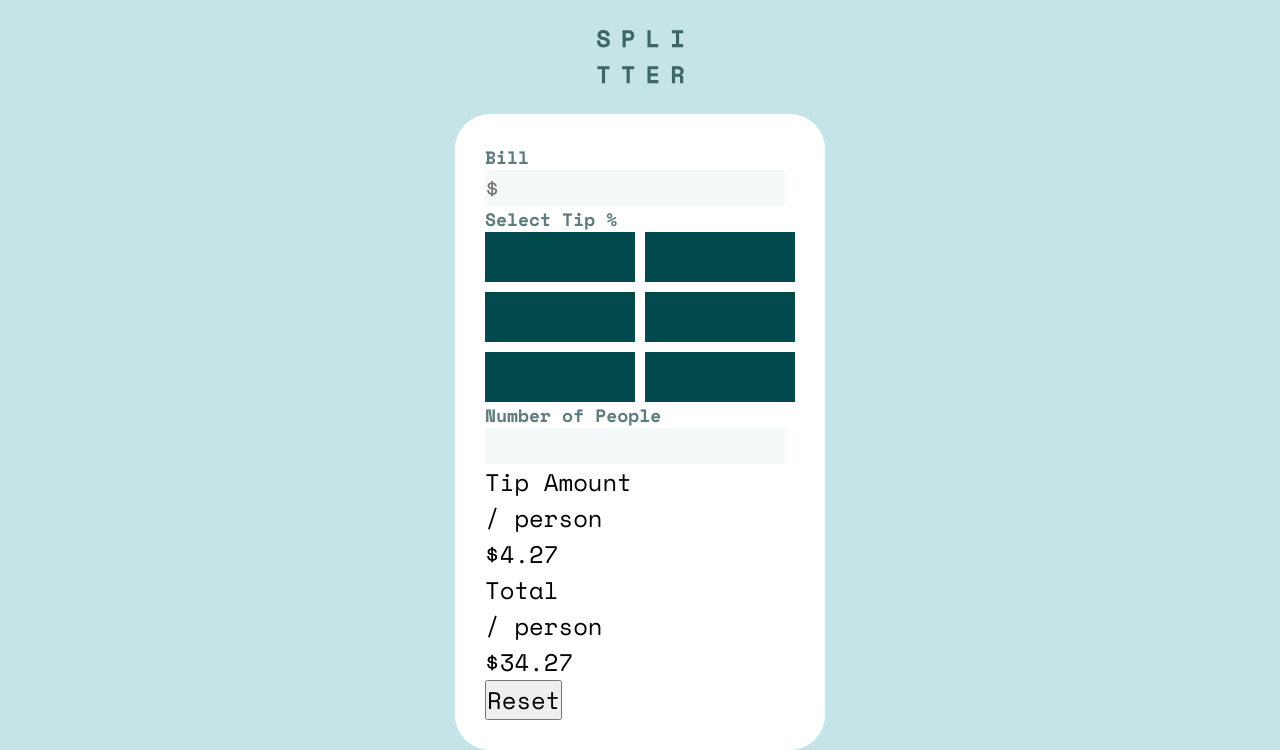
Repository: tomas938/tipcalculator
Page: /
The author's editor kept a copy of each file at every save. The page is drawn from the files as they stood at one save, then again after the next save.
The browser window is 1280 px wide. The pictures show the whole page.
The project was rebuilt for these pictures with package versions that can differ from the ones it lists, and the page was loaded fresh each time.

Above is the page before, as saved 2021-08-03 22:15:40.

### src/App.vue
<template>
	<router-view />
</template>

<style lang="scss">
@import url("https://fonts.googleapis.com/css2?family=Space+Mono:wght@400;700&display=swap");
$strong-cyan: hsl(172, 67%, 45%);
$dark-cyan: hsl(186, 14%, 43%);
$grayish-cyan: hsl(184, 14%, 43%);
$lower-grayish-cyan: hsl(184, 14%, 56%);
$light-grayish-cyan: hsl(185, 41%, 84%);
$lighter-grayish-cyan: hsl(189, 41%, 97%);
$white: hsl(0, 0%, 100%);
* {
	margin: 0;
	padding: 0;
	box-sizing: border-box;
	font-family: "Space Mono", monospace;
	font-size: 24px;
}
body {
	background-color: hsl(185, 41%, 84%);
}
</style>

### src/views/Home.vue
<template>
	<div class="logo">
		<splitter></splitter>
	</div>
</template>

<script>
import Splitter from "../components/Splitter.vue";
export default {
	name: "Home",
	components: {
		Splitter,
	},
};
</script>
<style lang="scss" scoped></style>

### src/components/Splitter.vue
<template>
	<div class="splitter">
		<svg xmlns="http://www.w3.org/2000/svg" width="87" height="54">
			<path
				fill="#3D6666"
				d="M6.72 17.472c.944 0 1.792-.12 2.544-.36s1.392-.584 1.92-1.032a4.476 4.476 0 001.212-1.62c.28-.632.42-1.34.42-2.124v-.288c0-1.472-.464-2.584-1.392-3.336-.928-.752-2.272-1.288-4.032-1.608a14.615 14.615 0 01-1.74-.408c-.456-.144-.824-.308-1.104-.492-.28-.184-.476-.392-.588-.624a1.771 1.771 0 01-.168-.78c0-.56.232-1.004.696-1.332.464-.328 1.096-.492 1.896-.492.944 0 1.676.248 2.196.744.52.496.78 1.08.78 1.752v.576h3.168v-.864a5 5 0 00-.396-1.968 4.762 4.762 0 00-1.176-1.656C10.436 1.08 9.792.7 9.024.42 8.256.14 7.376 0 6.384 0c-.88 0-1.676.12-2.388.36s-1.32.576-1.824 1.008c-.504.432-.896.94-1.176 1.524-.28.584-.42 1.22-.42 1.908v.144c0 .832.144 1.536.432 2.112a3.978 3.978 0 001.212 1.44c.52.384 1.132.692 1.836.924.704.232 1.48.42 2.328.564.64.112 1.168.248 1.584.408.416.16.744.34.984.54s.408.424.504.672c.096.248.144.508.144.78 0 .576-.232 1.072-.696 1.488-.464.416-1.176.624-2.136.624-1.232 0-2.14-.3-2.724-.9-.584-.6-.876-1.404-.876-2.412v-.576H0v.72c0 .88.144 1.692.432 2.436a5.47 5.47 0 001.272 1.944c.56.552 1.26.984 2.1 1.296.84.312 1.812.468 2.916.468zm22-.336V10.8h3.408c.864 0 1.616-.144 2.256-.432a4.707 4.707 0 001.596-1.14 4.833 4.833 0 00.96-1.608c.216-.6.324-1.212.324-1.836v-.576c0-.608-.108-1.204-.324-1.788a4.625 4.625 0 00-.96-1.56A4.737 4.737 0 0034.384.756c-.64-.28-1.392-.42-2.256-.42h-6.576v16.8h3.168zm3.096-9.36H28.72V3.36h3.096c.704 0 1.26.192 1.668.576.408.384.612.88.612 1.488v.288c0 .608-.204 1.104-.612 1.488-.408.384-.964.576-1.668.576zm29.464 9.36v-3.024h-7.632V.336H50.48v16.8h10.8zm24.88 0v-3.024h-4.032V3.36h4.032V.336H74.928V3.36h4.032v10.752h-4.032v3.024H86.16zm-78.096 36V39.36h4.464v-3.024H.432v3.024h4.464v13.776h3.168zm24.688 0V39.36h4.464v-3.024H25.12v3.024h4.464v13.776h3.168zm28.624 0v-3.024h-7.728v-3.888H60.8V43.2h-7.152v-3.84h7.44v-3.024H50.48v16.8h10.896zm16.744 0V46.8h3.648c.464 0 .796.12.996.36.2.24.3.552.3.936v5.04h3.168v-5.808c0-.56-.164-1.024-.492-1.392-.328-.368-.772-.584-1.332-.648v-.432c.768-.32 1.336-.78 1.704-1.38a3.63 3.63 0 00.552-1.932v-.576c0-.64-.116-1.24-.348-1.8a4.332 4.332 0 00-1.008-1.476c-.44-.424-.988-.756-1.644-.996-.656-.24-1.416-.36-2.28-.36h-6.432v16.8h3.168zm3.024-9.36H78.12V39.36h3.024c.768 0 1.352.204 1.752.612.4.408.6.892.6 1.452v.288c0 .656-.2 1.164-.6 1.524-.4.36-.984.54-1.752.54z"
			/>
		</svg>
		<div class="calculator">
			<h3>Bill</h3>
			<input type="text" placeholder="$" />
			<h3>Select Tip %</h3>
			<div class="calculator__grid">
				<div class="calculator__grid__item item-1"></div>
				<div class="calculator__grid__item item-2"></div>
				<div class="calculator__grid__item item-3"></div>
				<div class="calculator__grid__item item-4"></div>
				<div class="calculator__grid__item item-5"></div>
				<div class="calculator__grid__item item-6"></div>
			</div>
			<h3>Number of People</h3>
			<input type="text" />
			<div class="calculator__result">
				<div class="result">
					<div class="information">
						<p>Tip Amount</p>
						<span>/ person</span>
					</div>
					<div class="price">
						<p>$4.27</p>
					</div>
				</div>
				<div class="result">
					<div class="information">
						<p>Total</p>
						<span>/ person</span>
					</div>
					<div class="price">
						<p>$34.27</p>
					</div>
				</div>
				<div class="result"></div>
				<button>Reset</button>
			</div>
		</div>
	</div>
</template>

<script>
export default {};
</script>

<style lang="scss" scoped>
.splitter {
	display: flex;
	flex-direction: column;
	align-items: center;
}
svg {
	margin: 30px 0;
}
.calculator {
	background-color: hsl(0, 0%, 100%);
	padding: 30px;
	border-radius: 35px;
	&__grid {
		display: grid;
		grid-gap: 10px;
		grid-template-columns: repeat(2, 1fr);
		grid-template-rows: repeat(3, 1fr);
	}
	&__grid__item {
		width: 150px;
		height: 50px;
		background-color: hsl(183, 100%, 15%);
	}
}
input {
	border: none;
	outline: none;
	background-color: hsl(189, 41%, 97%);
}
h3 {
	font-size: 18px;
	color: hsl(184, 14%, 43%);
	font-weight: 700;
}
</style>

Loaded but not shown: public/index.html (common file); src/main.js (common file); src/router/index.js (common file)

After the next save:
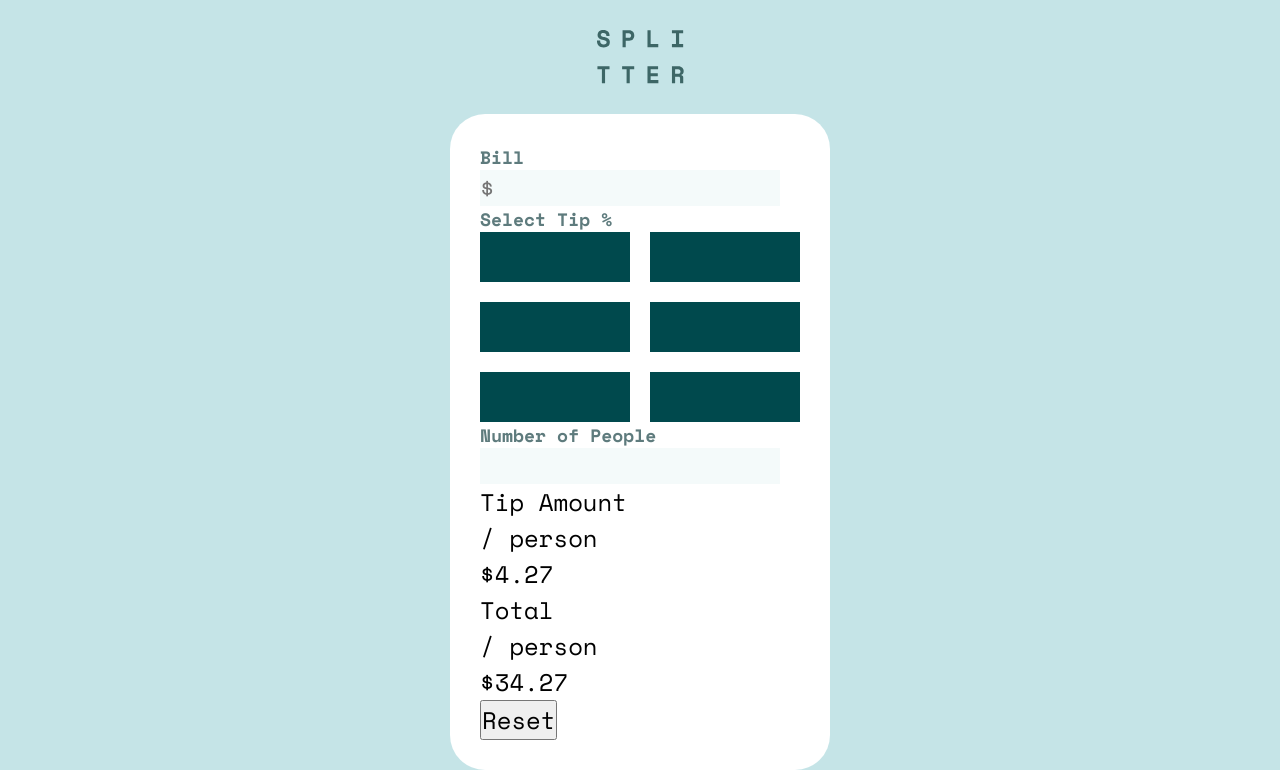
Saved 5 s later.
--- a/src/components/Splitter.vue
+++ b/src/components/Splitter.vue
@@ -65,7 +65,7 @@ svg {
 	border-radius: 35px;
 	&__grid {
 		display: grid;
-		grid-gap: 10px;
+		grid-gap: 20px;
 		grid-template-columns: repeat(2, 1fr);
 		grid-template-rows: repeat(3, 1fr);
 	}
